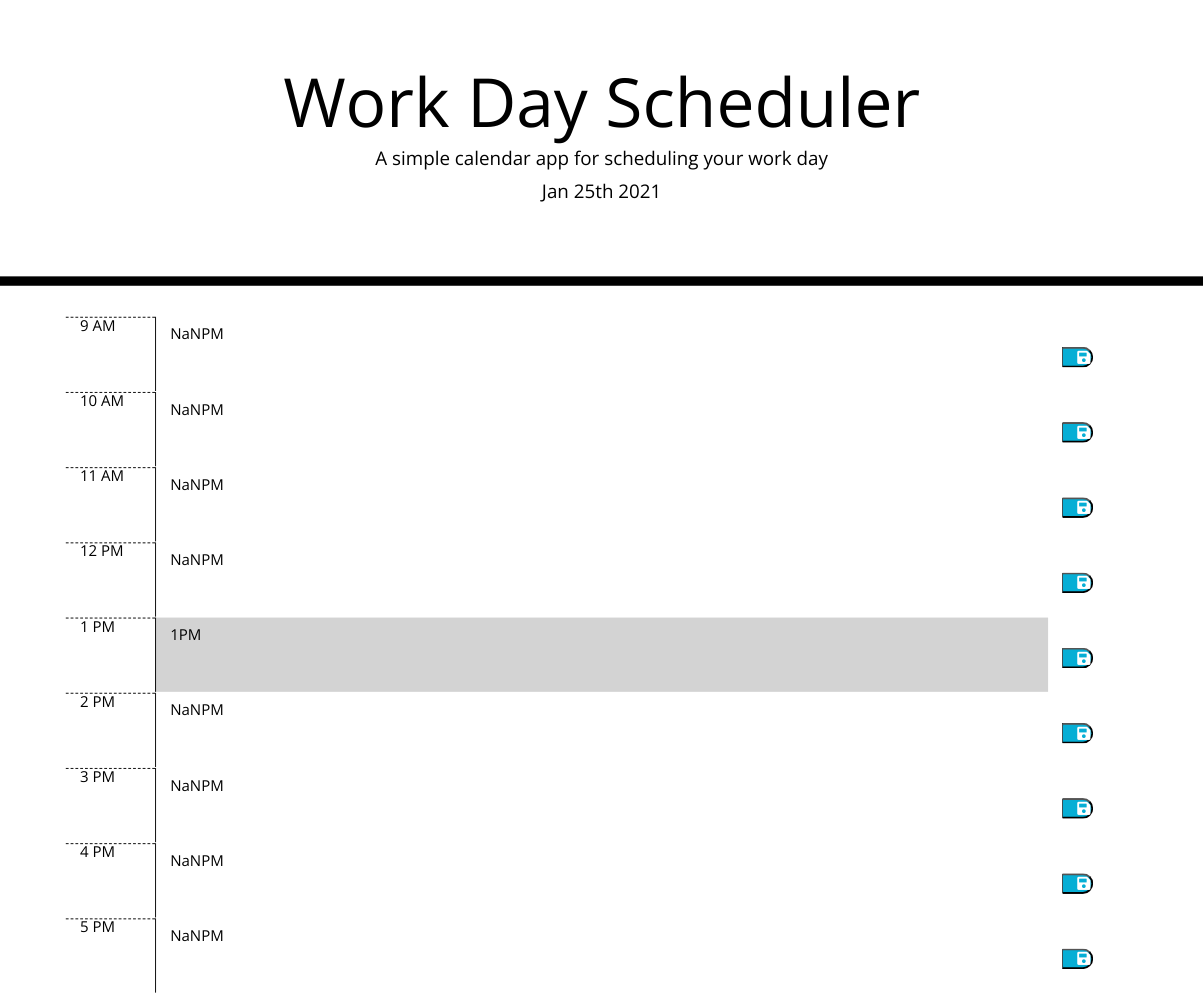
Repository: UPye/workDayScheduler
Page: index.html
The author's editor kept a copy of each file at every save. The page is drawn from the files as they stood at one save, then again after a run of saves.
The browser window is 1280 px wide. The pictures show the whole page, at 94% of full size.
Some web libraries are served in a nearby version.

Above is the page before, as saved 2021-01-25 21:59:12.

### index.html
<!DOCTYPE html>
<html lang="en">
  <head>
    <meta charset="UTF-8" />
    <meta name="viewport" content="width=device-width, initial-scale=1.0" />
    <meta http-equiv="X-UA-Compatible" content="ie=edge" />
    <link
      rel="stylesheet"
      href="https://stackpath.bootstrapcdn.com/bootstrap/4.3.1/css/bootstrap.min.css"
    />
    <link
      rel="stylesheet"
      href="https://use.fontawesome.com/releases/v5.8.1/css/all.css"
      integrity="sha384-50oBUHEmvpQ+1lW4y57PTFmhCaXp0ML5d60M1M7uH2+nqUivzIebhndOJK28anvf"
      crossorigin="anonymous"
    />
    <link
      href="https://fonts.googleapis.com/css?family=Open+Sans&display=swap"
      rel="stylesheet"
    />
    <link rel="stylesheet" href="./assets/CSS/style.css" />
    <title>Work Day Scheduler</title>
  </head>

  <body>
    <header class="jumbotron">
      <h1 class="display-3">Work Day Scheduler</h1>
      <p class="lead">A simple calendar app for scheduling your work day</p>
      <p id="currentDay" class="lead"></p>
    </header>

      <!-- Timeblocks go here -->
    <main class="container">
      <section class="row timeblocks" id="ls">
        <div class="col-1 hour">9 AM</div>
        <textarea id="hour-9" class="task col-10" name="server" autocomplete="off"></textarea>
        <div class="col-1 save">
          <button type="button" id="save-9" data-id="9" class="saveBtn col-1"><i class="fas fa-save"></i></button>
        </div>
      </section>
      <section class="row timeblocks">
        <div class="col-1 hour">10 AM</div>
        <textarea id="hour-10" class="col-10 task" placeholder="" autocomplete="off"></textarea>
        <div class="col-1 save">
          <button type="button" id="save-10" data-id="10" class="saveBtn col-1"><i class="fas fa-save"></i></button>
        </div>
      </section>
      <section class="row timeblocks">
        <div class="col-1 hour">11 AM</div>
        <textarea id="hour-11" class="col-10 task" placeholder="" autocomplete="off"></textarea>
        <div class="col-1 save">
          <button type="button" id="save-11" data-id="11" class="saveBtn col-1"><i class="fas fa-save"></i></button>
        </div>
      </section>
      <section class="row timeblocks">
        <div class="col-1 hour">12 PM</div>
        <textarea id="hour-12" class="col-10 task" placeholder="" autocomplete="off"></textarea>
        <div class="col-1 save">
          <button type="button" id="save-12" data-id="12" class="saveBtn col-1"><i class="fas fa-save"></i></button>
        </div>
      </section>
      <section class="row timeblocks">
        <div class="col-1 hour">1 PM</div>
        <textarea id="hour-1" data-id="1" class="task col-10" placeholder="" autocomplete="off"></textarea>
        <div class="col-1 save">
          <button type="button" id="save-1" data-id="1" class="saveBtn col-1"><i class="fas fa-save"></i></button>
        </div>
      </section>
      <section class="row timeblocks">
        <div class="col-1 hour">2 PM</div>
        <textarea id="hour-2" class="task col-10" placeholder="" autocomplete="off"></textarea>
        <div class="col-1 save">
          <button type="button" id="save-2" data-id="2" class="saveBtn col-1"><i class="fas fa-save"></i></button>
        </div>
      </section>
      <section class="row timeblocks">
        <div class="col-1 hour">3 PM</div>
        <textarea id="hour-3" class="task col-10" placeholder="" autocomplete="off"></textarea>
        <div class="col-1 save">
          <button type="button" id="save-3" data-id="3" class="saveBtn col-1"><i class="fas fa-save"></i></button>
        </div>
      </section>
      <section class="row timeblocks">
        <div class="col-1 hour">4 PM</div>
        <textarea id="hour-4" class="task col-10" placeholder="" autocomplete="off"></textarea>
        <div class="col-1 save">
          <button type="button" id="save-4" data-id="4" class="saveBtn col-1"><i class="fas fa-save"></i></button>
        </div>
      </section>
      <section class="row timeblocks">
        <div class="col-1 hour">5 PM</div>
        <textarea id="hour-5" class="task col-10" placeholder="" autocomplete="off"></textarea>
        <div class="col-1 save">
          <button type="button" id="save-5" data-id="5" class="saveBtn col-1"><i class="fas fa-save"></i></button>
        </div>
      </section>
    </div>

    <script src="https://code.jquery.com/jquery-3.4.1.min.js"></script>
    <script src="https://cdnjs.cloudflare.com/ajax/libs/moment.js/2.24.0/moment.min.js"></script>
    <script src="./assets/JS/script.js"></script>
  </body>
</html>

### assets/CSS/style.css
body {
  font-family: 'Open Sans', sans-serif;
  font-size: 16px;
  line-height: 1;
}

textarea {
  background: transparent;
  border: none;
  resize: none;
  color: #000000;
  border-left: 1px solid black;
  padding: 10px;
}

.jumbotron {
  text-align: center;
  background-color: transparent;
  color: black;
  border-radius: 0;
  border-bottom: 10px solid black;
}

.description {
  white-space: pre-wrap;
}

.time-block {
  text-align: center;
  border-radius: 15px;
}

.row {
  white-space: pre-wrap;
  height: 80px;
  border-top: 1px solid white;;
}

.hour {
  background-color: #ffffff;
  color: #000000;
  border-top: 1px dashed #000000;
}

.past {
  background-color: #d3d3d3;
  color: black;
}

.present {
  background-color: #ff6961;
  color: black;
}

.future {
  background-color: #77dd77;
  color: black;
}

.saveBtn {
  border-left: 1px solid black;
  border-top-right-radius: 15px;
  border-bottom-right-radius: 15px;
  background-size: 1px 100px;
  background-color: #06AED5;
  color: white;
}

.saveBtn i:hover {
  font-size: 20px;
  transition: all .3s ease-in-out;
}

### assets/JS/script.js
// Displays the date at the top
var date = moment().format("MMM Do YYYY");
$("#currentDay").text(date);

// Continually check for the time, in case task due dates are approaching
var currentTime = parseInt(moment().format("H"));
var aryTasks = [];


// Listens for click events on clickable items
$("button").on("click", function(event) {

    var calendarEntryId = $(this).attr("data-id");
    var calendarTextElement = "#hour-" + calendarEntryId;
    var calendarText = $(calendarTextElement).val();

    console.log(calendarText);

    var createObject = {
        hour: parseInt(calendarEntryId),
        task: calendarText
    };

    aryTasks.push(createObject);

    // Upload input to localStorage
    localStorage.setItem("taskData", JSON.stringify(aryTasks));
});

var updateInfo = function () {
    date = moment();
    datetime.html(date.format("dddd, MMMM Do YYYY, h:mm:ss a"));
};


// Check if task is in the past, present, or future
$("textarea").each(function() {
    var calendarTime = parseInt($(this).attr("data-id"));
        $(this).removeClass("past");
        $(this).removeClass("present");
        $(this).removeClass("future");

        // Get data from the localStorage
        if (calendarTime >= 9 && calendarTime <= 11){
            $(this).val(calendarTime + "AM");
        } else {
            $(this).val(calendarTime + "PM");
        }
        if (calendarTime < currentTime) {
            $(this).addClass("past");
        }
        else if (calendarTime === currentTime) {
            $(this).addClass("present");
        }
        else if (calendarTime > currentTime) {
            $(this).addClass("future");
        };
});

aryTasks = JSON.parse(localStorage.getItem("taskData")) || [];

var renderData = function() {
    for(i=0; i < aryTasks.length; i++) {
        let input = $("#hour-" + aryTasks[i].hour);
        input.val(aryTasks[i].task);
    }
};

renderData();

After the next 2 saves:
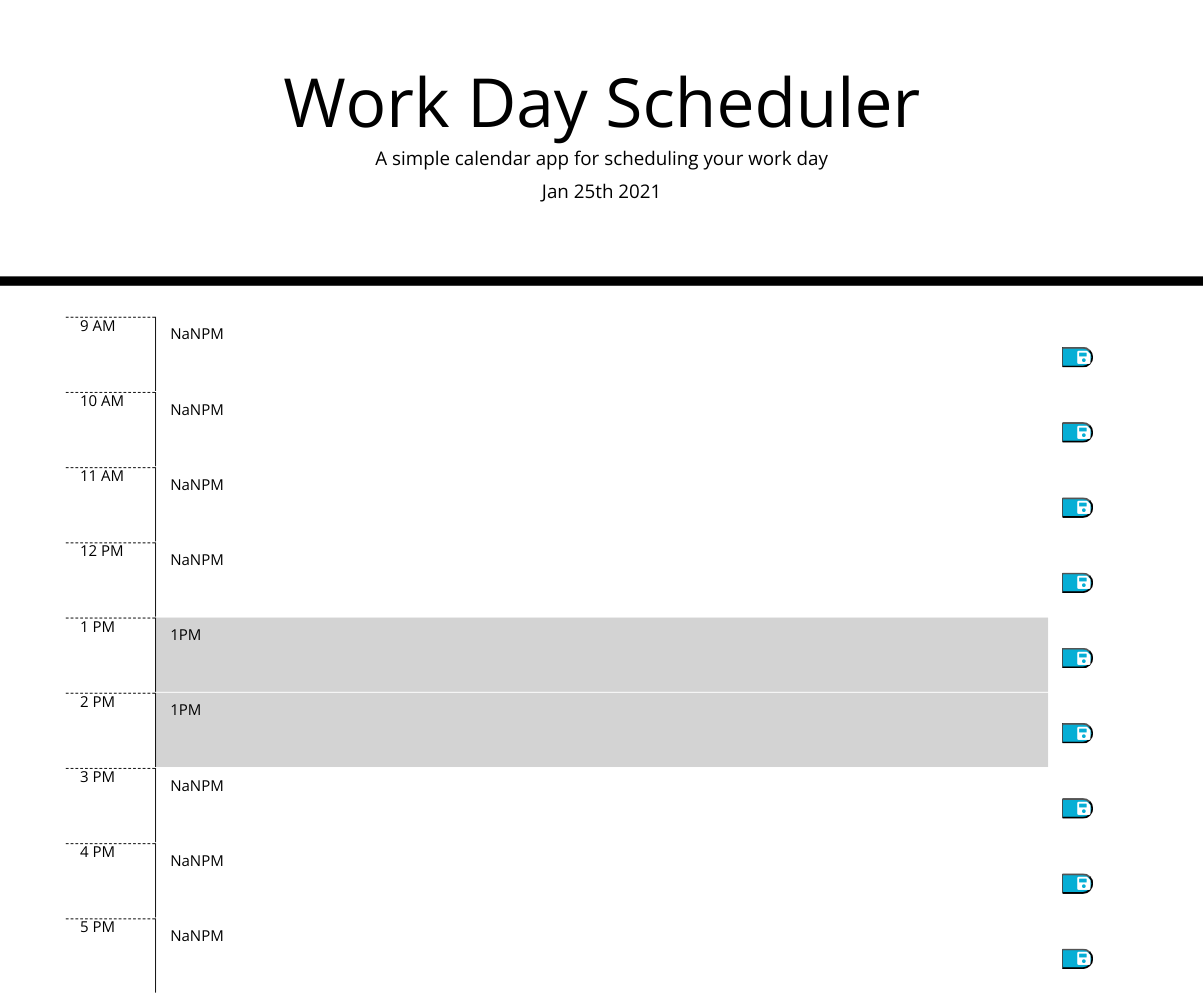
The 2 saves are shown as one change because they came seconds apart.
The last was saved 14 s later.
--- a/index.html
+++ b/index.html
@@ -68,7 +68,7 @@
       </section>
       <section class="row timeblocks">
         <div class="col-1 hour">2 PM</div>
-        <textarea id="hour-2" class="task col-10" placeholder="" autocomplete="off"></textarea>
+        <textarea id="hour-2" data-id="1" class="task col-10" placeholder="" autocomplete="off"></textarea>
         <div class="col-1 save">
           <button type="button" id="save-2" data-id="2" class="saveBtn col-1"><i class="fas fa-save"></i></button>
         </div>
